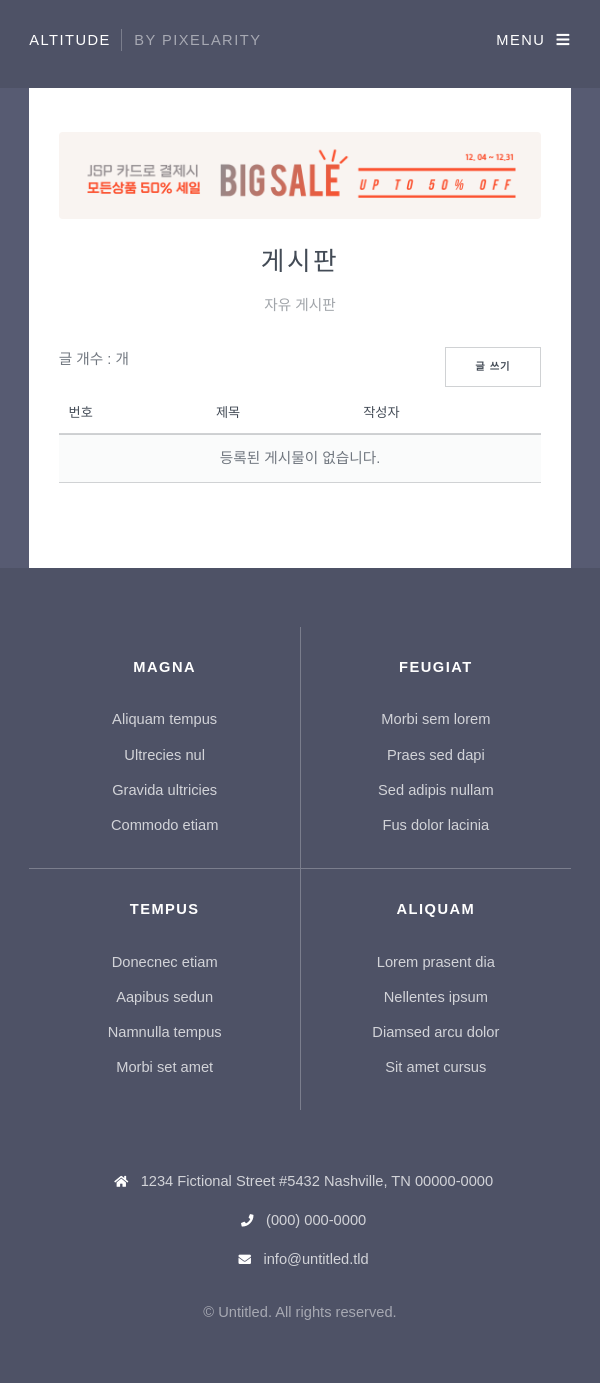
Repository: kkkukkk/Study-JSP
Page: http://localhost/boardMVC/app/board/boardList.jsp
The author's editor kept a copy of each file at every save. The page is drawn from the files as they stood at one save, then again after the next save.
The browser window is 600 px wide. The pictures show the whole page.
Some web fonts or font styles are not loaded; a fallback is used. The page is served by Tomcat 9. Other server files are loaded and not shown.

Above is the page before, as saved 2022-02-23 06:52:16.

### workspace/boardMVC/WebContent/app/board/boardList.jsp
<%@ page language="java" contentType="text/html; charset=UTF-8"
    pageEncoding="UTF-8"%>
<%@ taglib uri="http://java.sun.com/jsp/jstl/core" prefix="c" %>
<%@ taglib uri="http://java.sun.com/jsp/jstl/functions" prefix="fn" %>
<!DOCTYPE HTML>
<!--
	Altitude by Pixelarity
	pixelarity.com | hello@pixelarity.com
	License: pixelarity.com/license
-->
<html>
	<head>
		<title>게시글 목록</title>
		<meta charset="utf-8" />
		<meta name="viewport" content="width=device-width, initial-scale=1, user-scalable=no" />
		<link rel="stylesheet" href="${pageContext.request.contextPath}/assets/css/main.css" />
		<style>
			table tbody tr{
				background-color:rgb(245 246 246 / 48%) !important;
			}
			.web-view {
				display:table-cell;
			}

			.mobile-view {
				display:none;
			}

			@media(max-width:660px){
				.web-view {
					display:none;
				}

				.mobile-view {
					display:none;
				}
			}

		</style>
	</head>
	<body class="is-preload">

		<c:set var="boardList" value="${boardList}"/>
		<c:set var="page" value="${page}"/>
		<c:set var="startPage" value="${startPage}"/>
		<c:set var="endPage" value="${endPage}"/>
		<c:set var="realEndPage" value="${realEndPage}"/>
		<c:set var="total" value="${total}"/>

		<!-- Page Wrapper -->
			<div id="page-wrapper">

				<!-- Wrapper -->
					<div class="wrapper">
						<div class="inner">
							<jsp:include page="/app/fix/header.jsp"/>
						</div>
					</div>

				<!-- Wrapper -->
					<div class="wrapper">
						<div class="inner">

							<!-- Main -->
								<section class="main">
									<a href="#" class="image main"><img src="${pageContext.request.contextPath}/images/boardMain.png" alt="" /></a>
									<header class="major">
										<h1>게시판</h1>
										<p>자유 게시판</p>
									</header>

									<div class="table-wrapper">
										<div style="display:flex; justify-content:space-between;">
											<span>글 개수 : ${total}개</span>
											<button style="border-radius:0;">글 쓰기</button>
										</div>
										<table>
											<caption style="text-align:left; margin-bottom:3%;">

											</caption>
											<thead>
												<tr>
													<th>번호</th>
													<th>제목</th>
													<th>작성자</th>
													<th class="web-view">날짜</th>
													<th class="web-view">조회수</th>
												</tr>
											</thead>
											<tbody>
												<c:choose>
													<c:when test="${boardList != null and fn:length(boardList) > 0}">
														<c:forEach var="board" items="${boardList}">
															<tr>
																<td>${board.getBoardNumber()}</td>
																<td>
																	<a href="#">${board.getBoardTitle()}</a>
																</td>
																<td>${board.getMemberId()}</td>
																<td class="web-view">${board.getBoardDate()}</td>
																<td class="web-view">${board.getReadCount()}</td>
															</tr>
														</c:forEach>
													</c:when>
													<c:otherwise>
														<tr>
															<td colspan="5" align="center">등록된 게시물이 없습니다.</td>
														</tr>
													</c:otherwise>
												</c:choose>
											</tbody>
										</table>

										<!-- 페이징 처리 -->
										<table style="font-size:1.3rem">
											<tr align="center" valign="middle">
												<td class="mobile-view">
													<c:if test="${page > 1}">
														<a href="${pageContext.request.contextPath}/board/BoardListOk.bo?page=${page - 1}">&lt;</a>
													</c:if>

													<a href="${pageContext.request.contextPath}/board/BoardListOk.bo?page=${page}"><c:out value="${i}"/></a>&nbsp;&nbsp;

													<c:if test="${page < realEndPage}">
														<a href="${pageContext.request.contextPath}/board/BoardListOk.bo?page=${page + 1}">&gt;</a>
													</c:if>
												</td>
												<td class="web-view">
													<c:if test="${startPage > 1}">
														<a href="${pageContext.request.contextPath}/board/BoardListOk.bo?page=${startPage - 1}">&lt;</a>
													</c:if>

													<c:forEach var="i" begin="${startPage}" end="${endPage}">
														<c:choose>
															<c:when test="${i eq page}">
																<c:out value="${i}"/>&nbsp;&nbsp;
															</c:when>
															<c:otherwise>
																<a href="${pageContext.request.contextPath}/board/BoardListOk.bo?page=${i}"><c:out value="${i}"/></a>&nbsp;&nbsp;
															</c:otherwise>
														</c:choose>
													</c:forEach>

													<c:if test="${endPage < realEndPage}">
														<a href="${pageContext.request.contextPath}/board/BoardListOk.bo?page=${endPage + 1}">&gt;</a>
													</c:if>
												</td>
											</tr>
										</table>
									</div>
								</section>
						</div>
					</div>

				<!-- Wrapper -->
					<div class="wrapper">
						<div class="inner">

							<!-- Footer -->
								<footer id="footer">
									<section class="links">
										<div>
											<h3>Magna</h3>
											<ul class="plain">
												<li><a href="#">Aliquam tempus</a></li>
												<li><a href="#">Ultrecies nul</a></li>
												<li><a href="#">Gravida ultricies</a></li>
												<li><a href="#">Commodo etiam</a></li>
											</ul>
										</div>
										<div>
											<h3>Feugiat</h3>
											<ul class="plain">
												<li><a href="#">Morbi sem lorem</a></li>
												<li><a href="#">Praes sed dapi</a></li>
												<li><a href="#">Sed adipis nullam</a></li>
												<li><a href="#">Fus dolor lacinia</a></li>
											</ul>
										</div>
										<div>
											<h3>Tempus</h3>
											<ul class="plain">
												<li><a href="#">Donecnec etiam</a></li>
												<li><a href="#">Aapibus sedun</a></li>
												<li><a href="#">Namnulla tempus</a></li>
												<li><a href="#">Morbi set amet</a></li>
											</ul>
										</div>
										<div>
											<h3>Aliquam</h3>
											<ul class="plain">
												<li><a href="#">Lorem prasent dia</a></li>
												<li><a href="#">Nellentes ipsum</a></li>
												<li><a href="#">Diamsed arcu dolor</a></li>
												<li><a href="#">Sit amet cursus</a></li>
											</ul>
										</div>
									</section>
									<ul class="contact-icons">
										<li class="icon solid fa-home">1234 Fictional Street #5432 Nashville, TN 00000-0000</li>
										<li class="icon solid fa-phone"><a href="#">(000) 000-0000</a></li>
										<li class="icon solid fa-envelope"><a href="#">info@untitled.tld</a></li>
									</ul>
									<p class="copyright">&copy; Untitled. All rights reserved.</p>
								</footer>

						</div>
					</div>

			</div>

		<!-- Scripts -->
			<script src="${pageContext.request.contextPath}/assets/js/jquery.min.js"></script>
			<script src="${pageContext.request.contextPath}/assets/js/browser.min.js"></script>
			<script src="${pageContext.request.contextPath}/assets/js/breakpoints.min.js"></script>
			<script src="${pageContext.request.contextPath}/assets/js/util.js"></script>
			<script src="${pageContext.request.contextPath}/assets/js/main.js"></script>

	</body>
</html>

### workspace/boardMVC/WebContent/app/fix/header.jsp
<%@ page language="java" contentType="text/html; charset=UTF-8"
    pageEncoding="UTF-8"%>
<%@ taglib uri="http://java.sun.com/jsp/jstl/core" prefix="c" %>
<header id="header">
	<a href="index.html" class="logo">Altitude <span>by Pixelarity</span></a>
	<nav>
		<ul>
			<li><a href="#menu">Menu</a></li>
		</ul>
	</nav>
</header>

<!-- Nav -->
<nav id="menu">
	<ul class="actions stacked">
		<c:choose>
			<c:when test="${memberNumber eq null}">
				<li><a href="${pageContext.request.contextPath }/member/MemberJoin.me" class="button primary fit">회원가입</a></li>
				<li><a href="${pageContext.request.contextPath }/member/MemberLogin.me" class="button fit">로그인</a></li>
			</c:when>
			<c:otherwise>
				<li><a href="${pageContext.request.contextPath }/member/MemberLogout.me" class="button fit">로그아웃</a></li>
			</c:otherwise>
		</c:choose>
	</ul>
</nav>

Loaded but not shown: workspace/boardMVC/WebContent/assets/js/jquery.min.js (library); workspace/boardMVC/WebContent/assets/js/browser.min.js (common file); workspace/boardMVC/WebContent/assets/js/breakpoints.min.js (common file); workspace/boardMVC/WebContent/assets/css/fontawesome-all.min.css (library); workspace/boardMVC/WebContent/assets/js/util.js (587 lines, source omitted); workspace/boardMVC/WebContent/assets/js/main.js (337 lines, source omitted); workspace/boardMVC/WebContent/assets/css/main.css (5511 lines, source omitted)

After the next save:
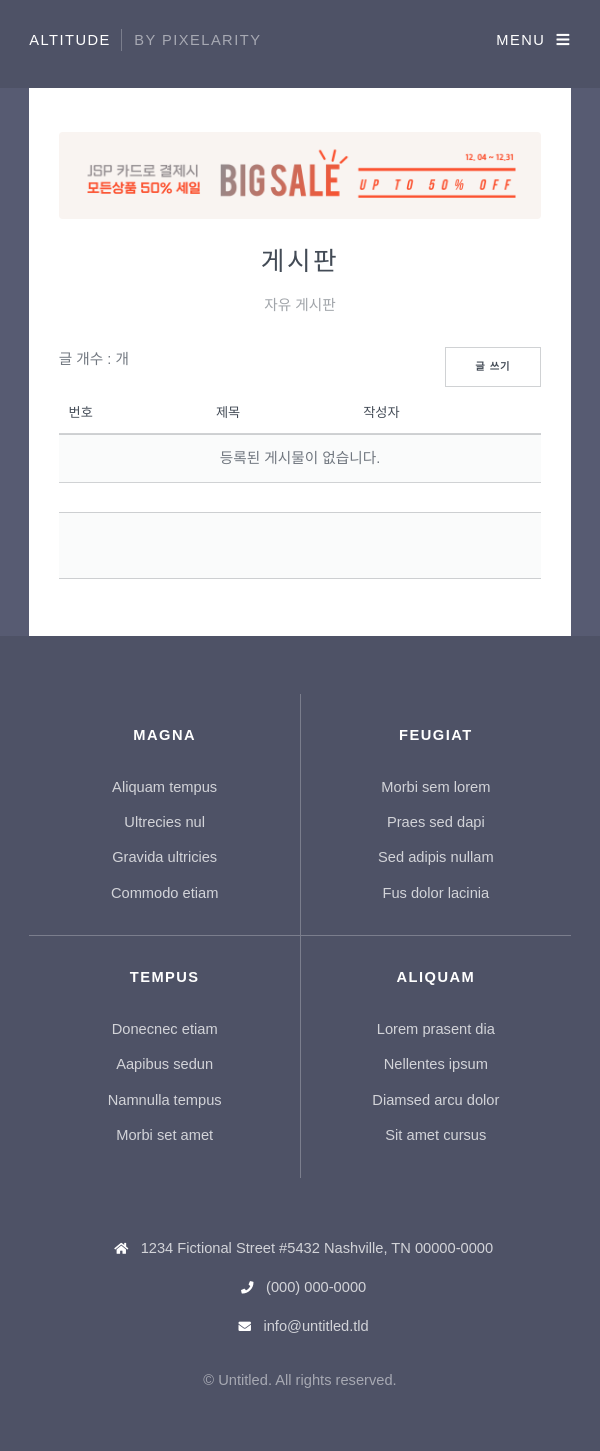
Saved 6 s later.
--- a/workspace/boardMVC/WebContent/app/board/boardList.jsp
+++ b/workspace/boardMVC/WebContent/app/board/boardList.jsp
@@ -32,7 +32,7 @@
 				}
 
 				.mobile-view {
-					display:none;
+					display:table-cell;
 				}
 			}
 
